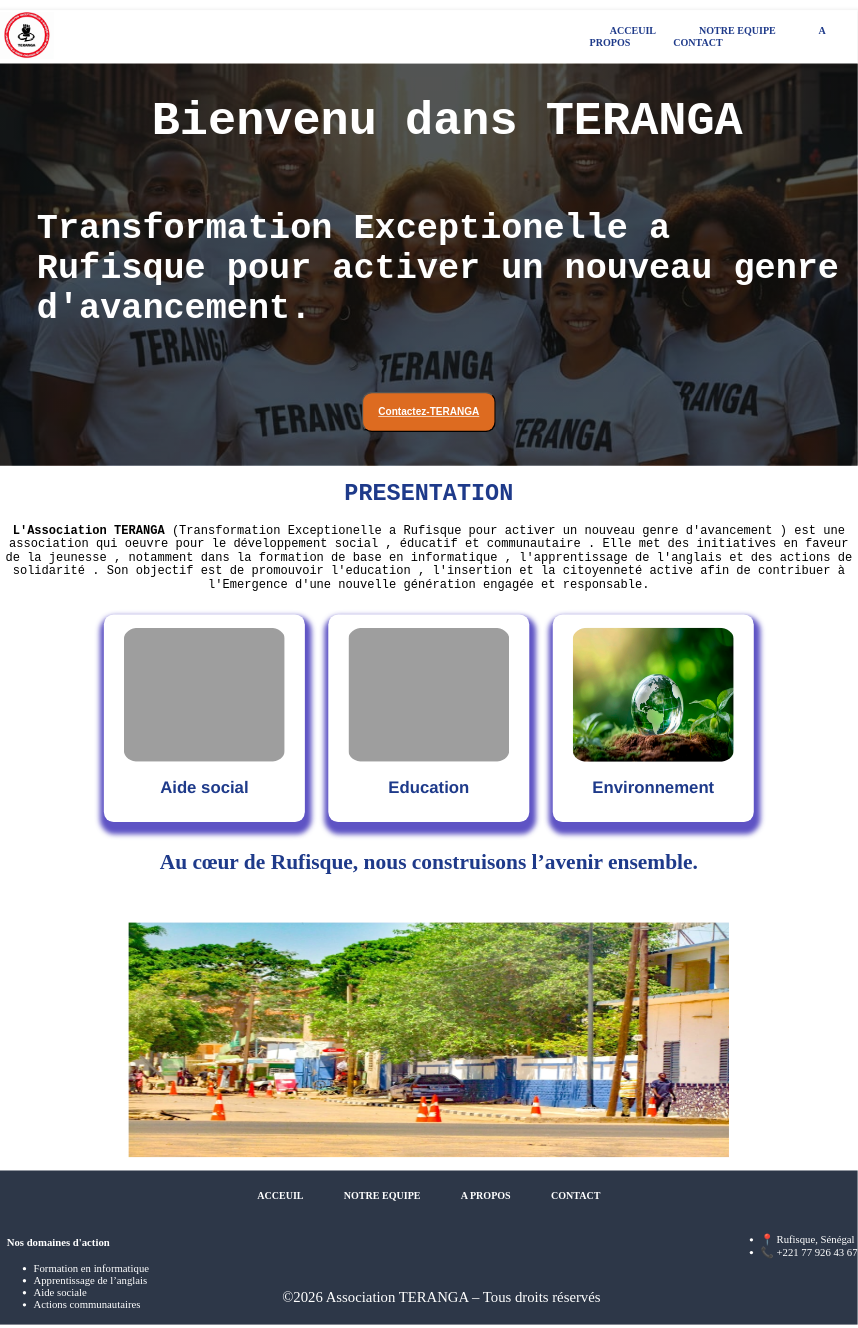
Repository: assanendao171/projet-teranga
Page: acceuil.html
The author's editor kept a copy of each file at every save. The page is drawn from the files as they stood at one save, then again after the next save.
The browser window is 1280 px wide. The pictures show the whole page, at 67% of full size.
Pictures or frames that could not be fetched are drawn as grey boxes.

Above is the page before, as saved 2026-02-13 10:23:03.

After the next save:
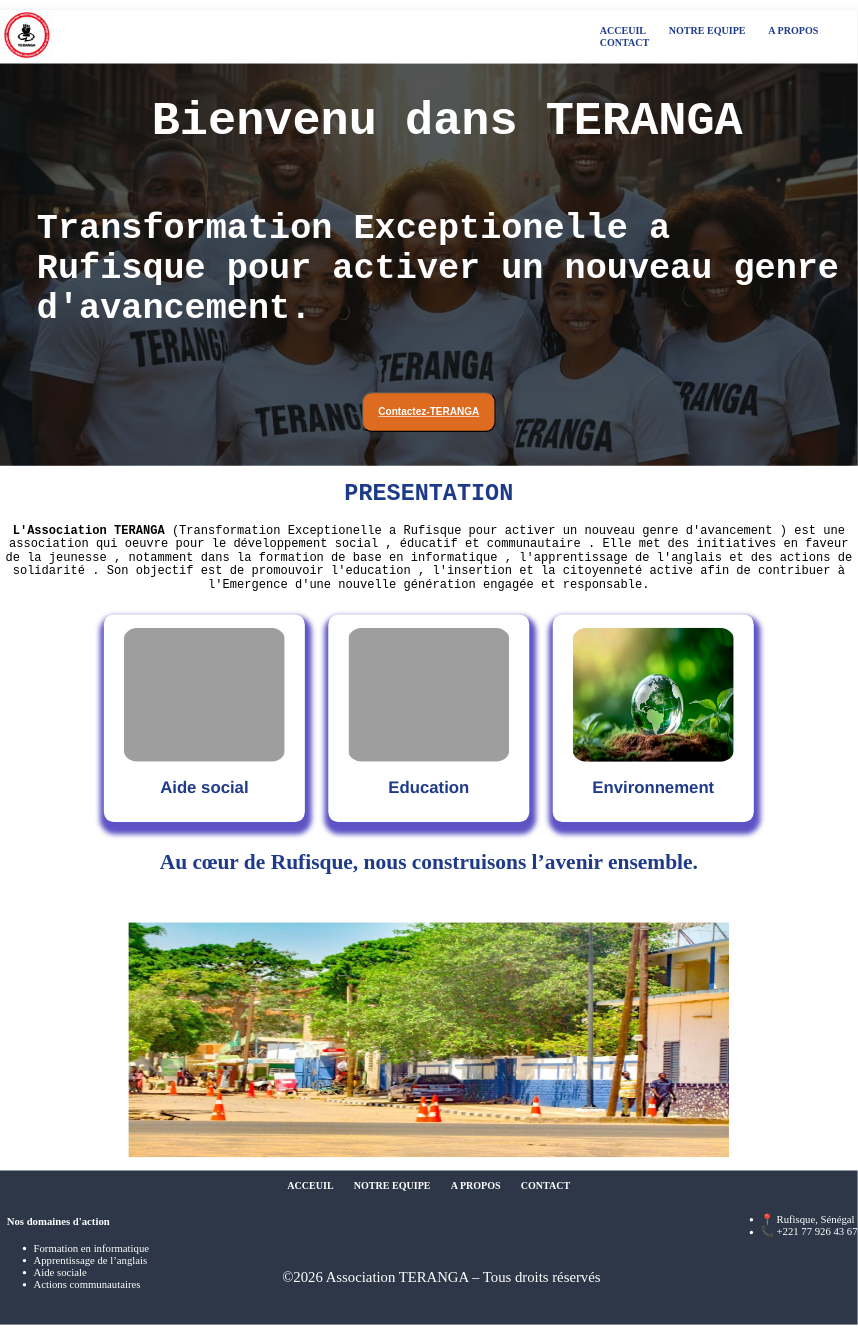
Saved 37 s later.
--- a/acceuil.css
+++ b/acceuil.css
@@ -12,7 +12,7 @@ justify-content: center;
 gap: 800px;
 }
 nav a{
-    margin: 30px;
+    margin: 15px;
     color: #1E3A8A;
     text-decoration: none;
     font-size: 15px;
